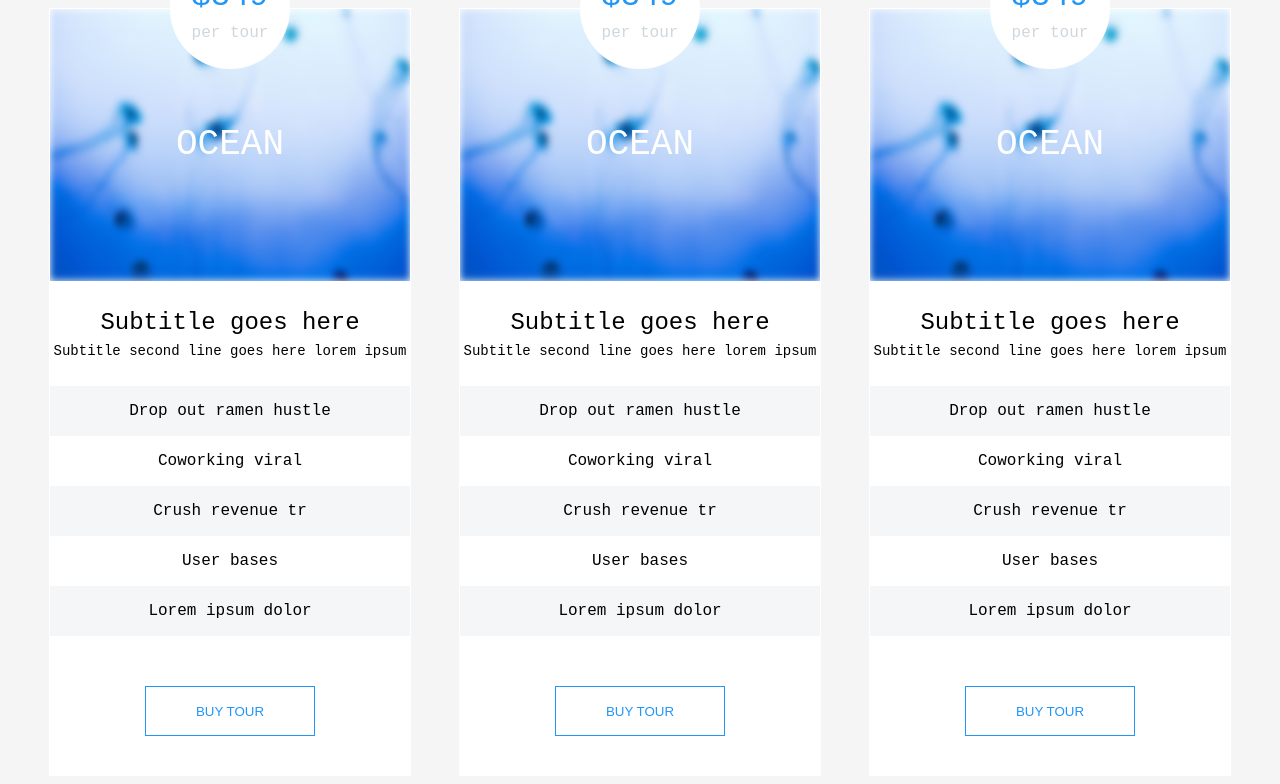
Repository: HoanTiny/pricetable
Page: index.html
An editor plug-in stored every save of this project. The page is shown before and after the next save, followed by the edit.
The browser window is 1280 px wide. The pictures show the whole page.

Above is the page before, as saved 2022-07-04 10:38:09.

After the next save:
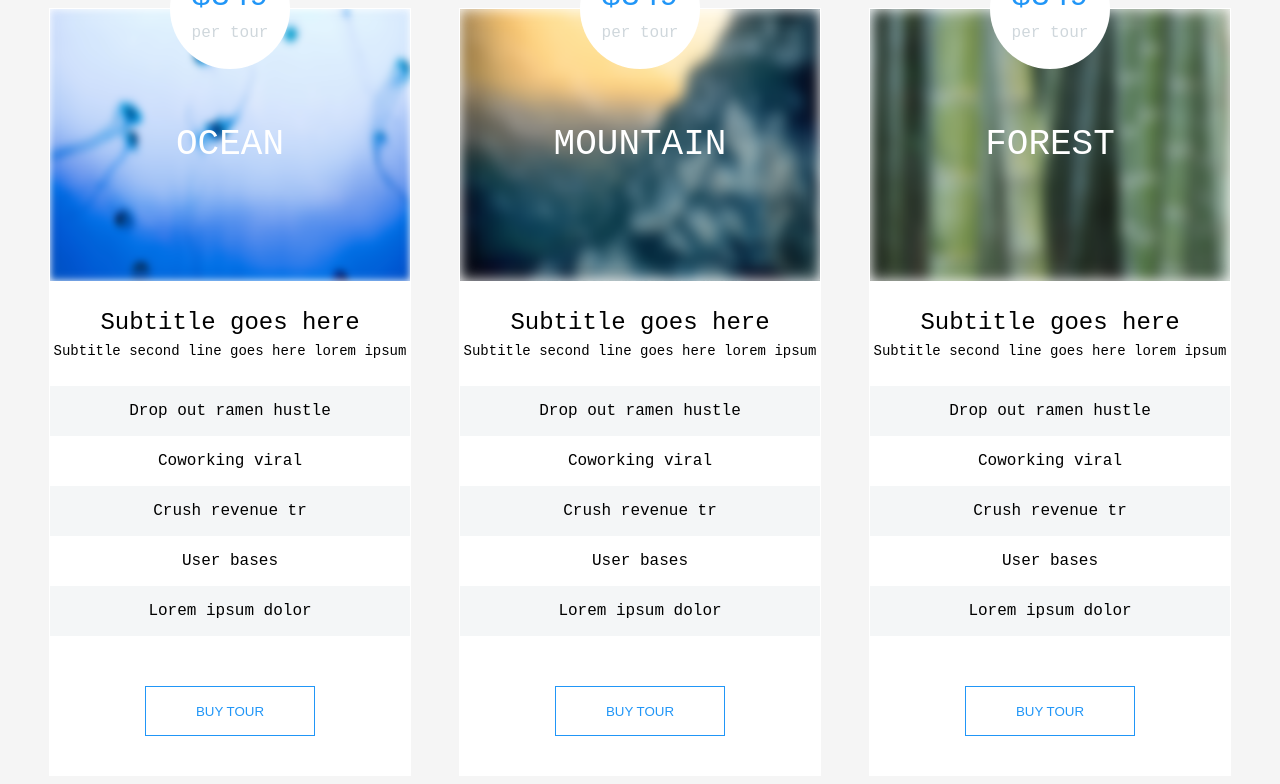
Saved 43 s later.
--- a/index.html
+++ b/index.html
@@ -39,8 +39,8 @@
             </div>
             <div class="price-table">
                 <div class="img">
-                    <img src="./assests/img/ocean.png" alt="logo" />
-                    <span>Ocean</span>
+                    <img src="./assests/img/mountain.png" alt="logo" />
+                    <span>Mountain</span>
                 </div>
                 <div class="title">
                     <div class="title_header">
@@ -67,8 +67,8 @@
             </div>
             <div class="price-table">
                 <div class="img">
-                    <img src="./assests/img/ocean.png" alt="logo" />
-                    <span>Ocean</span>
+                    <img src="./assests/img/forest.png" alt="logo" />
+                    <span>forest</span>
                 </div>
                 <div class="title">
                     <div class="title_header">
